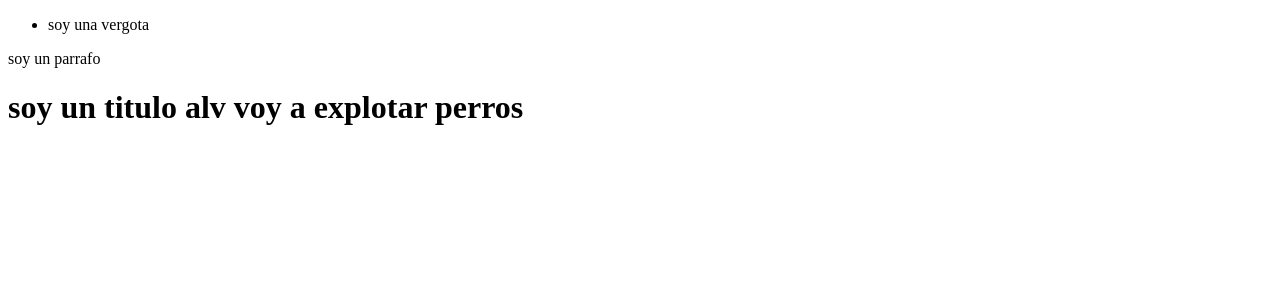
Repository: Daniel009980/daniel0099980
Page: cursodehtml/index.html
These files come from the project's save history. The page is drawn as it stood at one moment and after the next save; the edit follows.
The browser window is 1280 px wide. The pictures show the whole page.

Above is the page before, as saved 2022-09-08 17:36:59.

After the next save:
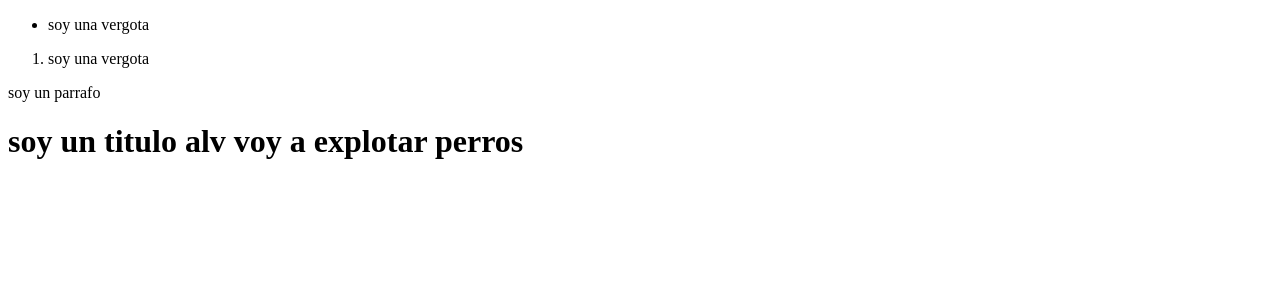
Saved 38 s later.
--- a/cursodehtml/index.html
+++ b/cursodehtml/index.html
@@ -21,7 +21,7 @@
          <ul>
             <li>soy una vergota</li>
          </ul>
-         <ol></ol>
+         <ol><li>soy una vergota</li></ol>
        </main>
        <footer>
 
